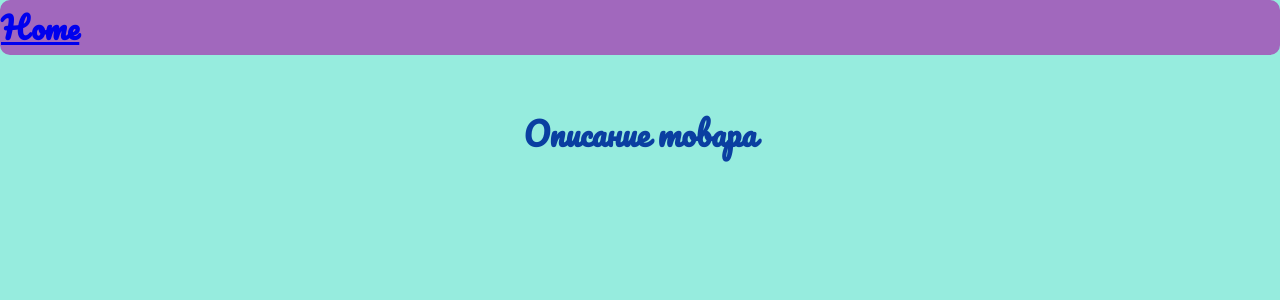
Repository: annamsklv/web
Page: seminar2_26.01/product page.html
An editor plug-in stored every save of this project. The page is shown before and after a run of saves, followed by the edit.
The browser window is 1280 px wide. The pictures show the whole page.

Above is the page before, as saved 2023-02-01 20:09:55.

### seminar2_26.01/product page.html
<!DOCTYPE html>
<html lang="en">
<head>
    <meta charset="UTF-8">
    <meta http-equiv="X-UA-Compatible" content="IE-edge">
    <meta name="viewport" content="width=device-width, initial-scale=1.0">
    <div class="home">
        <a class="link" href="index.html">Home</a>
    </div>
    <title>Продукт</title>
    <link rel="preconnect" href="https://fonts.googleapis.com">
<link rel="preconnect" href="https://fonts.gstatic.com" crossorigin>
<link href="https://fonts.googleapis.com/css2?family=Pacifico&display=swap" rel="stylesheet">
    <link rel="stylesheet" href="product style.css">

</head>


<body>

    <div class="header">
    <div class="container"></div>
    <h1 class="title">Описание товара</h1>
    </div>
    </div>

    <div class="content">
        <div class="container">

        </div>
    </div>

<div class="footer">


</div>

</body>
</html>

### seminar2_26.01/product style.css
* {
    margin: 0;
    padding: 0;
}

body{
    background-color: rgb(150, 236, 222);
}
.container{
    width: 1200px;
    margin: 0 auto;
}

.title{
    text-align: center;
    margin-top: 50px;
    font-family: 'Pacifico';
    color: rgb(10, 63, 161);
}

.home{
    font-family: 'Pacifico', cursive;
    color: rgb(10, 63, 161);
    font-size: 30px;
    font-weight: bold;
    background-color: rgb(161, 104, 189);
    border-radius: 10px;
    display: block;
    border: 1px solid transparent;

}

After the next 4 saves:
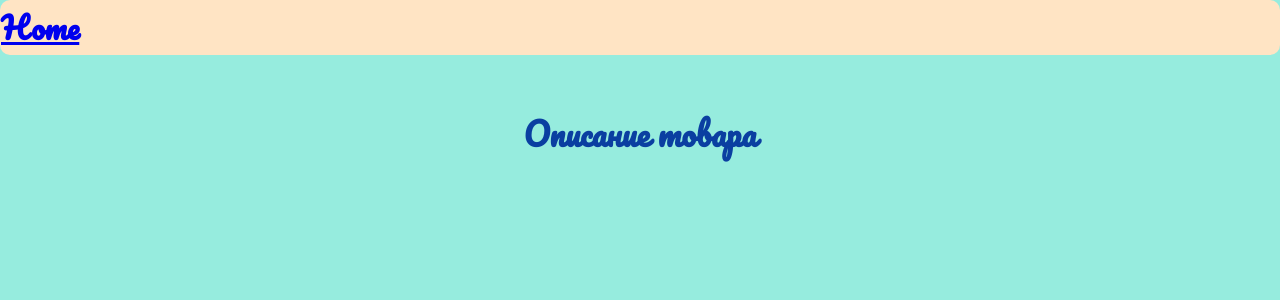
The 4 saves are shown as one change because they came seconds apart.
The last was saved 60 s later.
--- a/seminar2_26.01/product style.css
+++ b/seminar2_26.01/product style.css
@@ -23,7 +23,7 @@ body{
     color: rgb(10, 63, 161);
     font-size: 30px;
     font-weight: bold;
-    background-color: rgb(161, 104, 189);
+    background-color: bisque;
     border-radius: 10px;
     display: block;
     border: 1px solid transparent;
